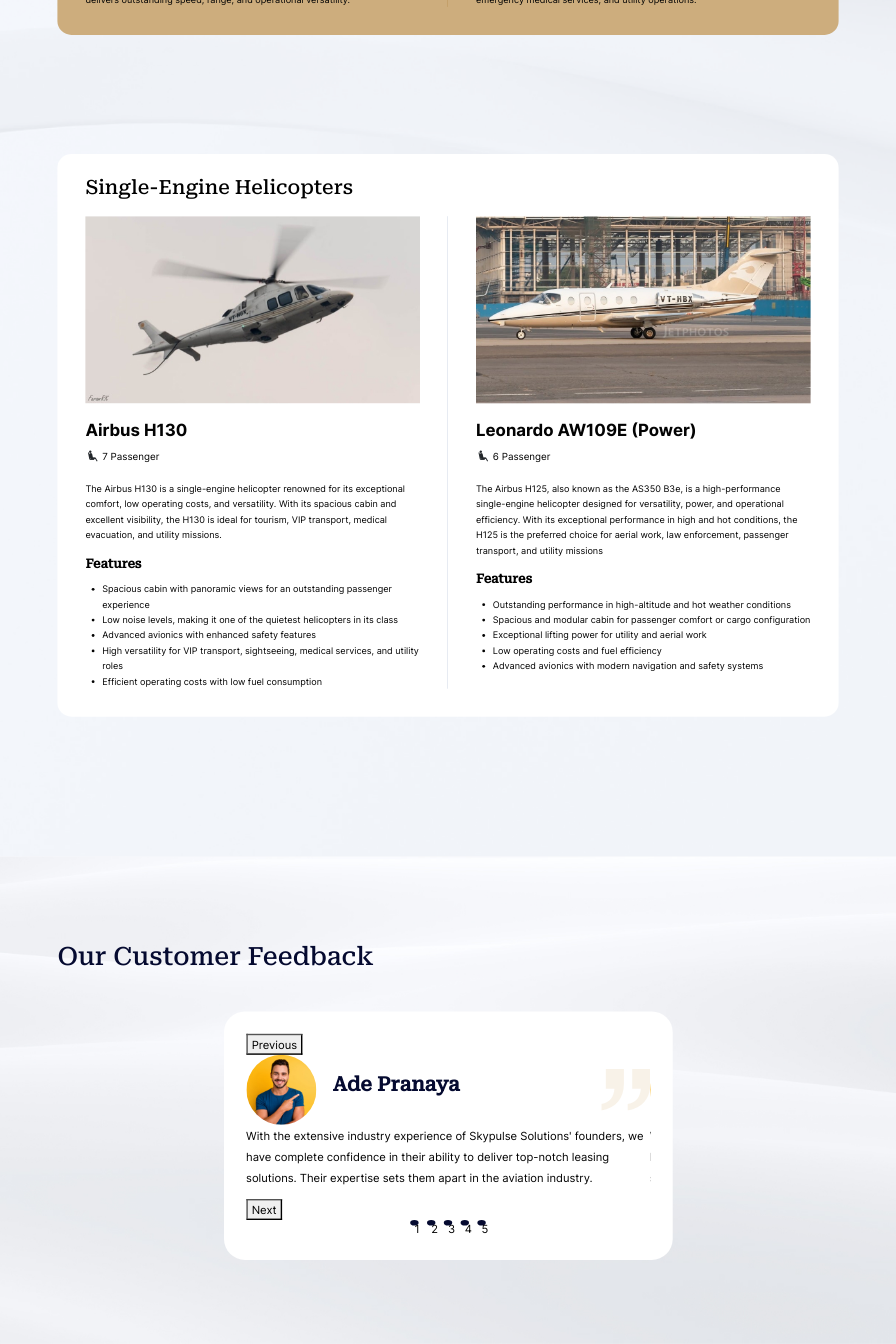
Repository: mangalravi/SkyPulse
Page: index.html
An editor plug-in stored every save of this project. The page is shown before and after the next save, followed by the edit.
The browser window is 1280 px wide. The pictures show the part of the page from y = 3997 to 5917 px (the page is 5917 px tall before and 5900 px after), at 70% of full size.

Above is the page before, as saved 2024-12-30 13:13:33.

After the next save:
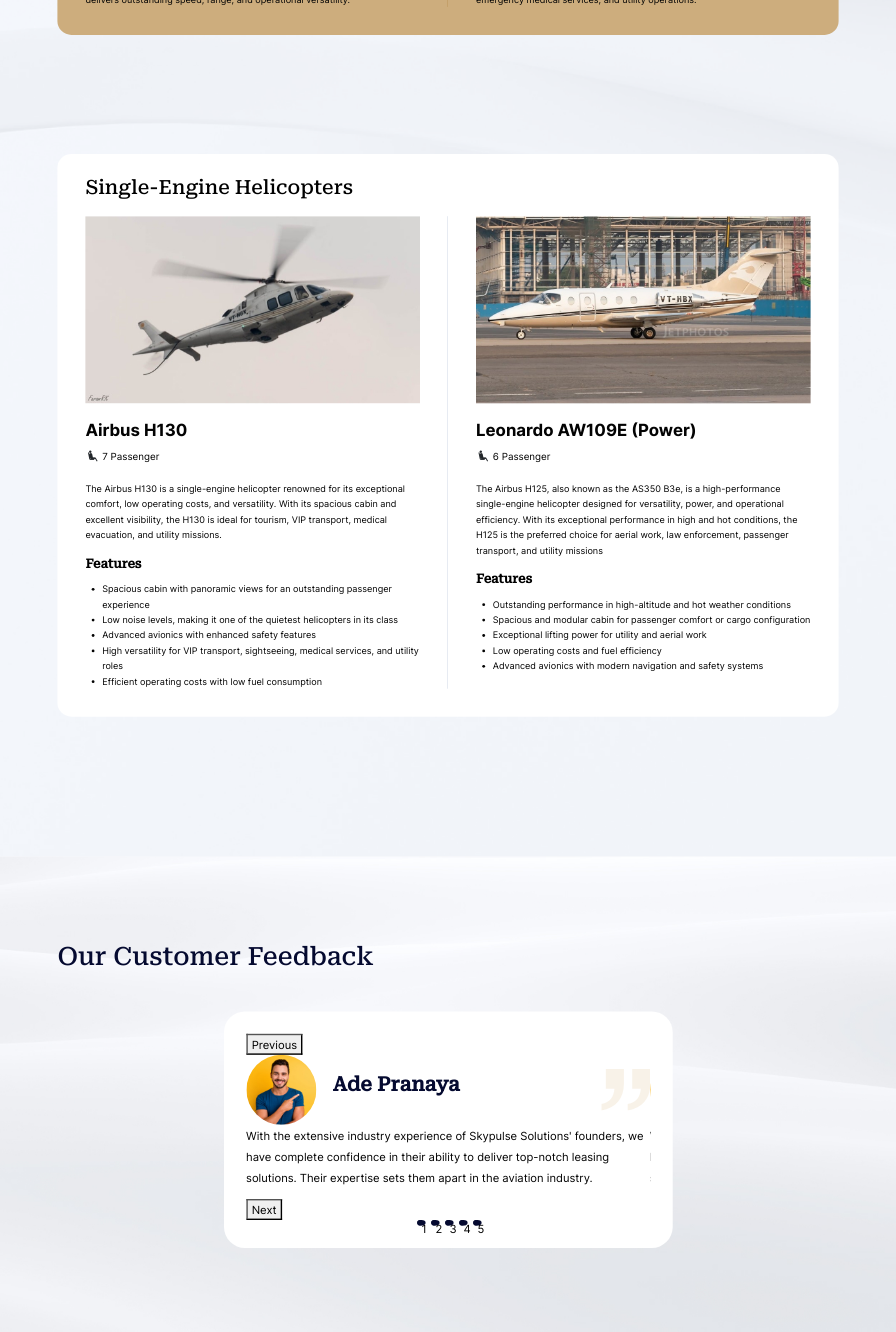
Saved 6 s later.
--- a/content/css/custom.css
+++ b/content/css/custom.css
@@ -259,6 +259,13 @@
     list-style: none;
     gap:0.75rem;
 }
+.slick-slider .slick-dots li {
+  border:0;
+  background:var(--bs-primary-color);
+  border-radius:50%;
+  width:0.5rem;
+  height:0.5rem;
+}
 .slick-slider .slick-dots li button{
   border:0;
   background:var(--bs-primary-color);
@@ -266,10 +273,3 @@
   width:0.5rem;
   height:0.5rem;
 }
-.slick-slider .slick-dots li button{
-  border:0;
-  background:var(--bs-primary-color);
-  border-radius:50%;
-  width:0.5rem;
-  height:0.5rem;
-}
